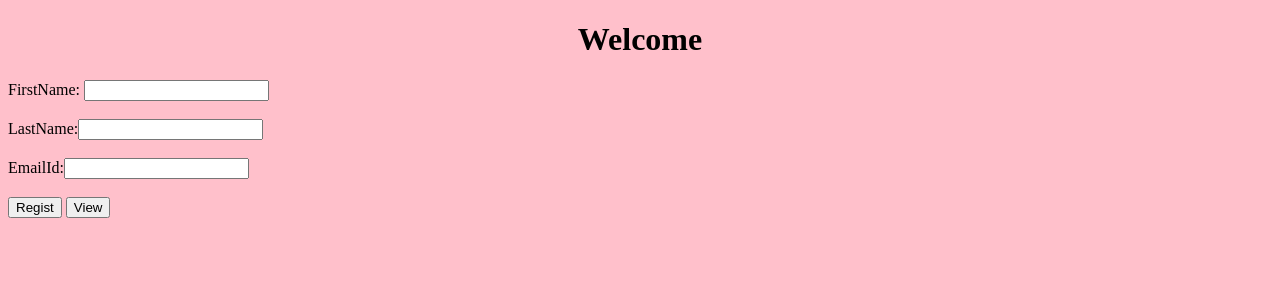
Repository: madhu124/Youtube-demo
Page: CustomerRegistration/WebContent/Index.html
These files come from the project's save history. The page is drawn as it stood at one moment and after the next save; the edit follows.
The browser window is 1280 px wide. The pictures show the whole page.

Above is the page before, as saved 2017-06-01 18:39:50.

After the next save:
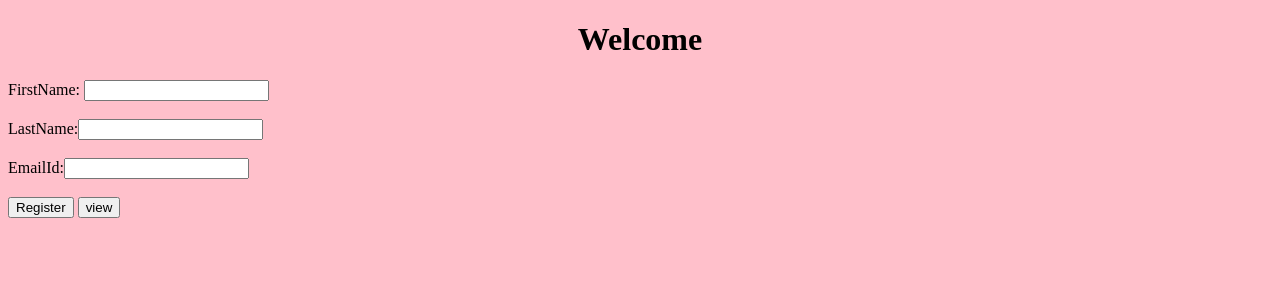
Saved 5 min 19 s later.
--- a/CustomerRegistration/WebContent/Index.html
+++ b/CustomerRegistration/WebContent/Index.html
@@ -21,8 +21,8 @@ h1 {
 		FirstName: <input type="text" name="uname"> <br></br>
 		LastName:<input type="text" name="Lname"><br></br>
 		EmailId:<input type="email" name="email"> <br></br>
-		<input type="submit" value="Regist">
-		<input type="submit" value="View">
+		<input type="submit" value="Register"name="Register">
+		<input type="submit" value="view"name="View">
 	</form>
 </body>
 
